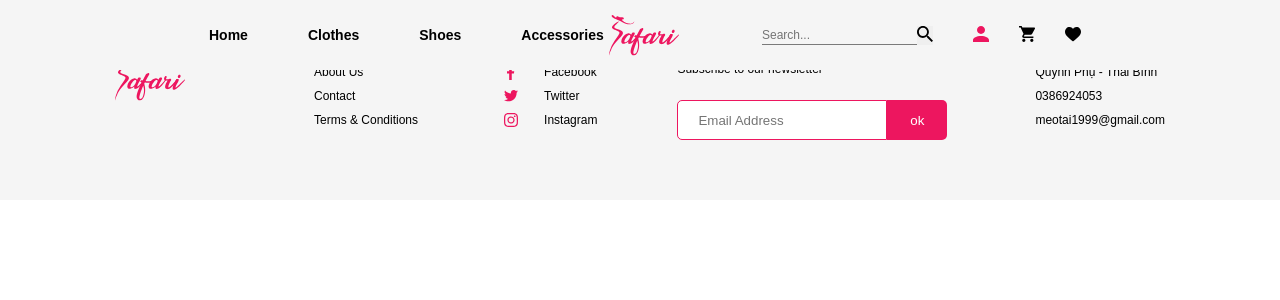
Repository: tboy1999/safari
Page: views/user.html
An editor plug-in stored every save of this project. The page is shown before and after the next save, followed by the edit.
The browser window is 1280 px wide. The pictures show the whole page.
Some web libraries are served in a nearby version. The style sheet was rebuilt from its Sass, Less or Tailwind sources for each picture, by a compiler version that may differ from the author's.

Above is the page before, as saved 2022-04-28 14:54:26.

After the next save:
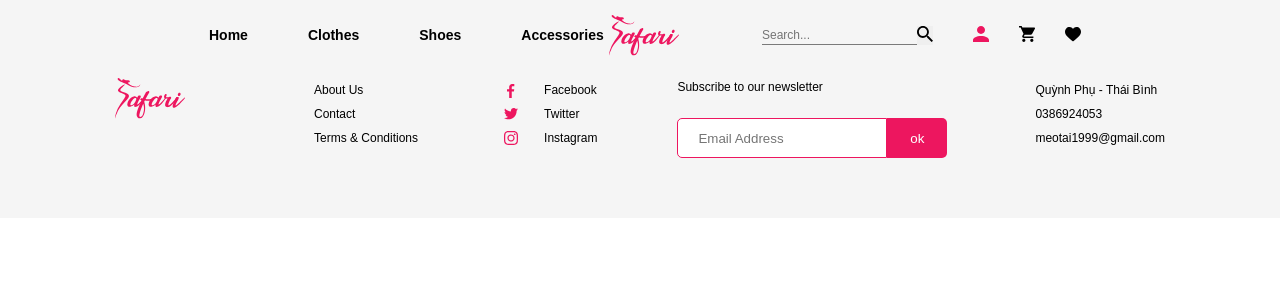
Saved 2 min 29 s later.
--- a/views/user.html
+++ b/views/user.html
@@ -55,7 +55,16 @@
     <div class="container">
       <div class="user__container">
         <div class="row">
-          <div class="col xxl-3"></div>
+          <div class="col xxl-3">
+            <div class="user__list">
+              <div class="user__item fz16">ACCOUNT DASHBOARD</div>
+              <div class="user__item"></div>
+              <div class="user__item"></div>
+              <div class="user__item"></div>
+              <div class="user__item"></div>
+              <div class="user__item"></div>
+            </div>
+          </div>
           <div class="col xxl-9"></div>
         </div>
       </div>
